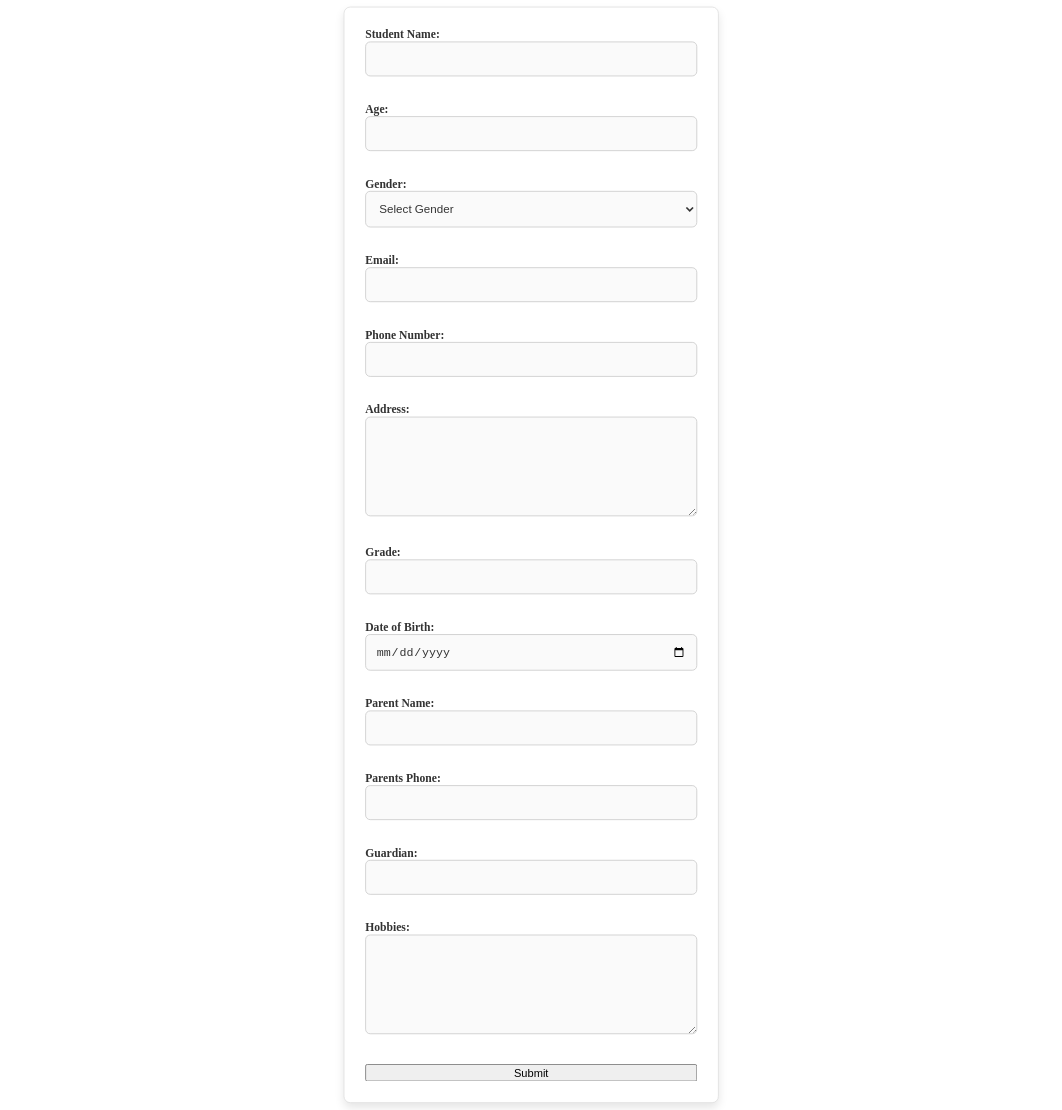
Repository: sharmisthak16/Student-Assignment
Page: /AddStudentModal (app in my-project/)
The author's editor kept a copy of each file at every save. The page is drawn from the files as they stood at one save, then again after the next save.
The browser window is 1280 px wide. The pictures show the whole page, at 83% of full size.
The project was rebuilt for these pictures with package versions that can differ from the ones it lists, and the page was loaded fresh each time. Also part of the build but not shown: my-project/vite.config.js, my-project/src/components/LoginForm.css, my-project/src/components/LoginForm.jsx, my-project/src/components/Dashboard.css, my-project/src/components/Dashboard.jsx, my-project/src/components/HomeButtons.css, my-project/src/components/HomeButtons.jsx, my-project/src/Pages/Home.jsx and 4 more.

Above is the page before, as saved 2025-01-31 04:33:12.

After the next save:
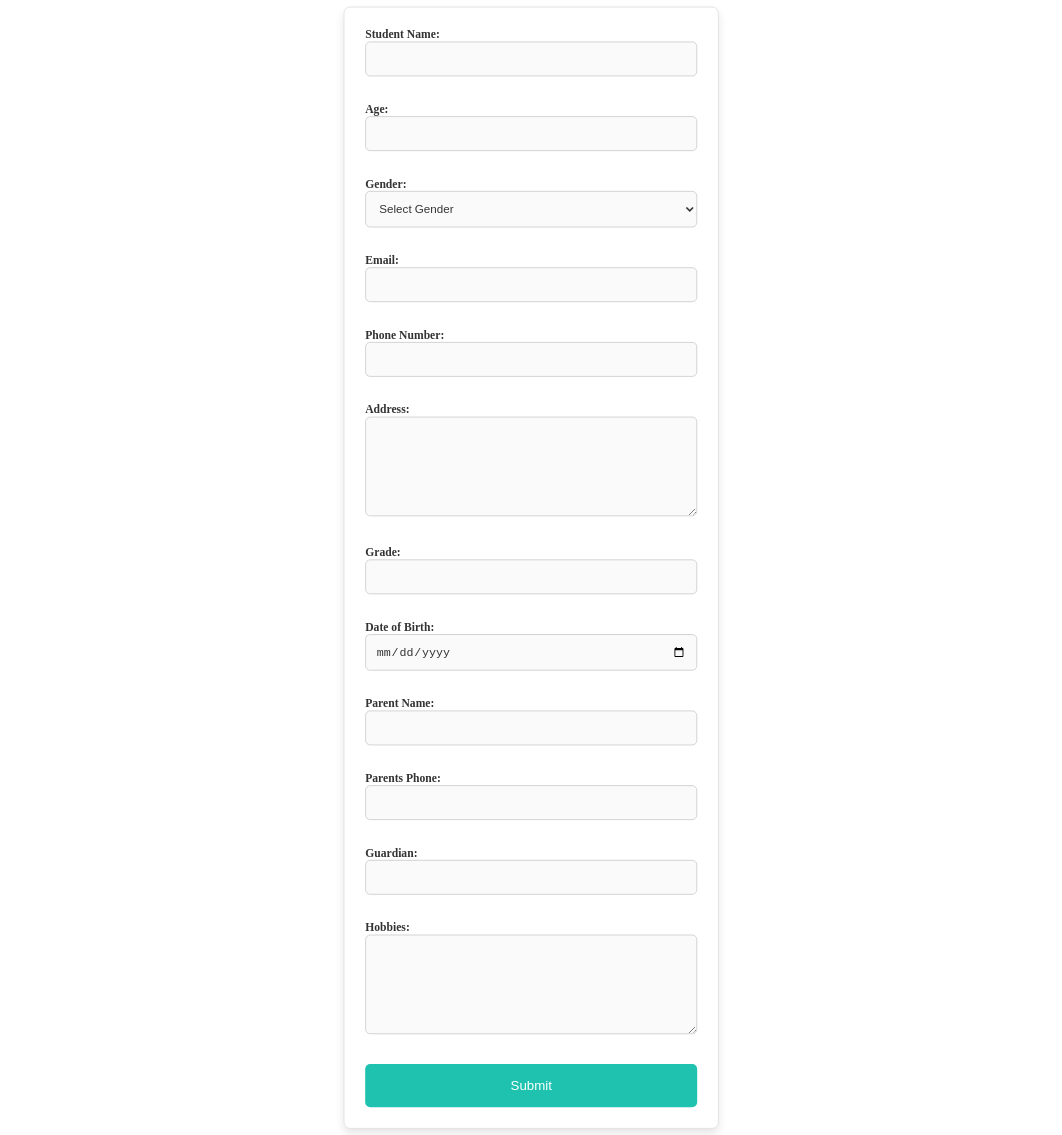
Saved 30 s later.
--- a/my-project/src/components/AddStudentModal.jsx
+++ b/my-project/src/components/AddStudentModal.jsx
@@ -130,7 +130,7 @@ const AddStudentModal = () => {
         <textarea name="hobbies" value={formData.hobbies} onChange={handleChange} required />
       </label>
 
-      <button type="submit" className='' disabled={loading}>
+      <button type="submit" className='submit-button' disabled={loading}>
         {loading ? 'Submitting...' : 'Submit'}
       </button>
     </form>
